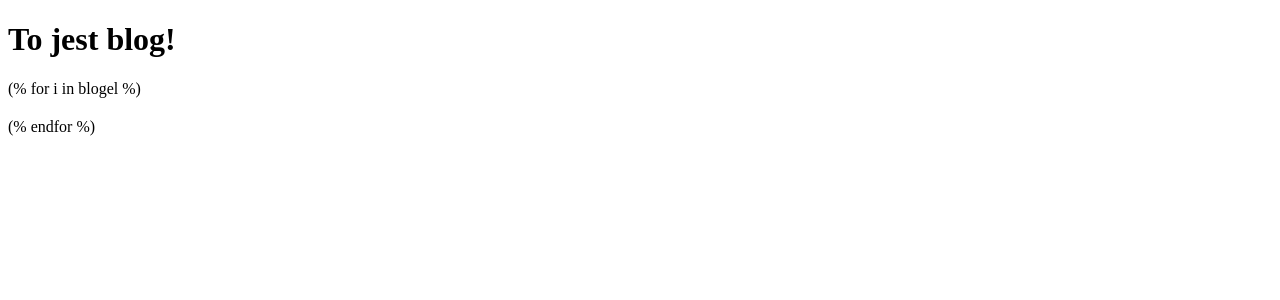
Repository: emas130/my-first-blog
Page: http://localhost/blog/
An editor plug-in stored every save of this project. The page is shown before and after the next save, followed by the edit.
The browser window is 1280 px wide. The pictures show the whole page.
The page is served by the project's application, run on Django 2.2 (manage.py).

Above is the page before, as saved 2020-01-21 20:53:05.

After the next save:
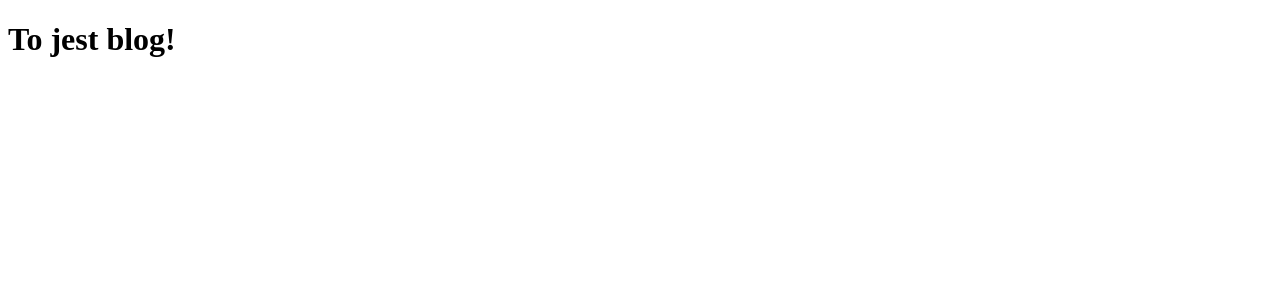
Saved 98 s later.
--- a/templates/blog/blog.html
+++ b/templates/blog/blog.html
@@ -9,13 +9,13 @@
 <body>
   <h1>To jest blog!</h1>
   <div class="wpisy">
-    (% for i in blogel %)
+    {% for i in blogel %}
       <div class="wpis">
         <h2><a href="{{i.title}}"></a></h2>
         <p>{{i.body}}</p>
         <p>{{i.date}}</p>
       </div>
-    (% endfor %)
+    {% endfor %}
   </div>
 </body>
 </html>
